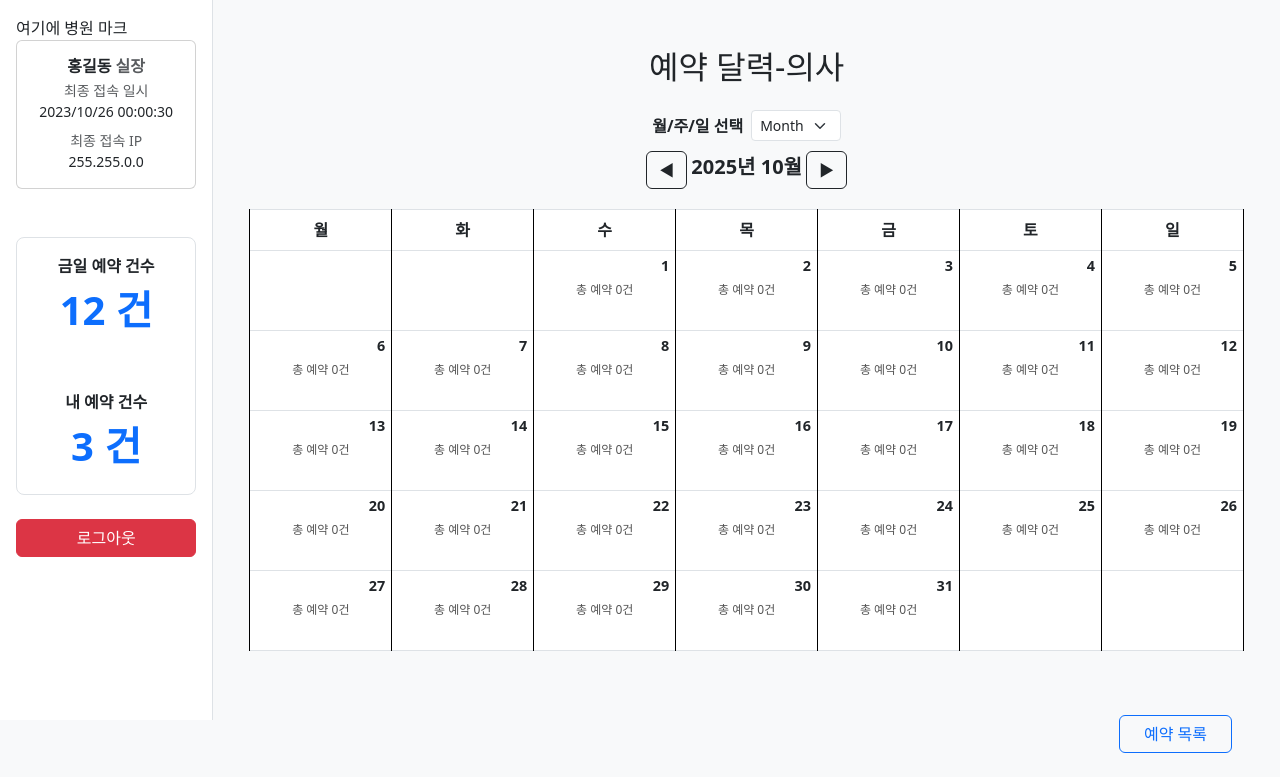
Repository: j-pyohub/LIBRARY_PROJECT
Page: CRM_Project/WebContent/doctorReserveList.html
These files come from the project's save history. The page is drawn as it stood at one moment and after the next save; the edit follows.
The browser window is 1280 px wide. The pictures show the whole page.

Above is the page before, as saved 2025-10-11 09:57:09.

After the next save:
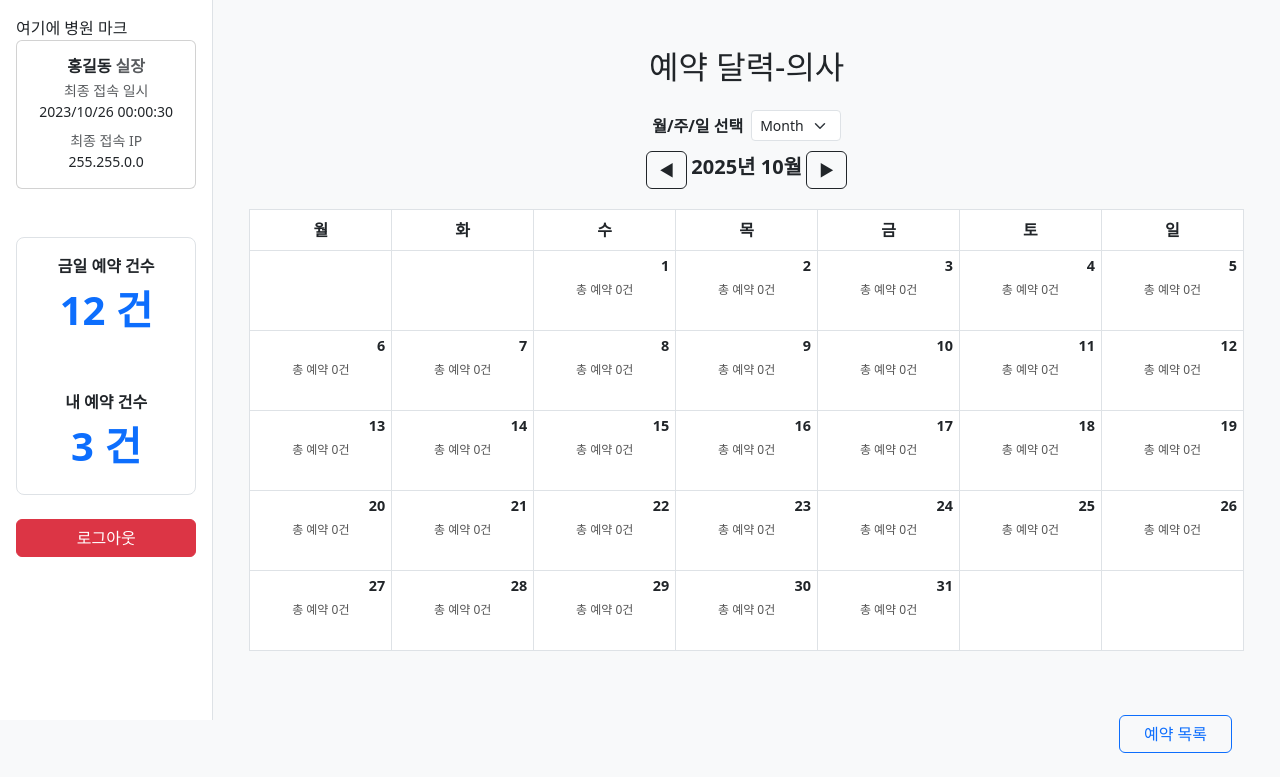
Saved 8 min 27 s later.
--- a/CRM_Project/WebContent/doctorReserveList.html
+++ b/CRM_Project/WebContent/doctorReserveList.html
@@ -12,7 +12,6 @@
   <style>
     /* ✅ 테이블 전체 선 검정색 */
     table, th, td {
-      border: 1px solid black;
       border-collapse: collapse;
     }
 
